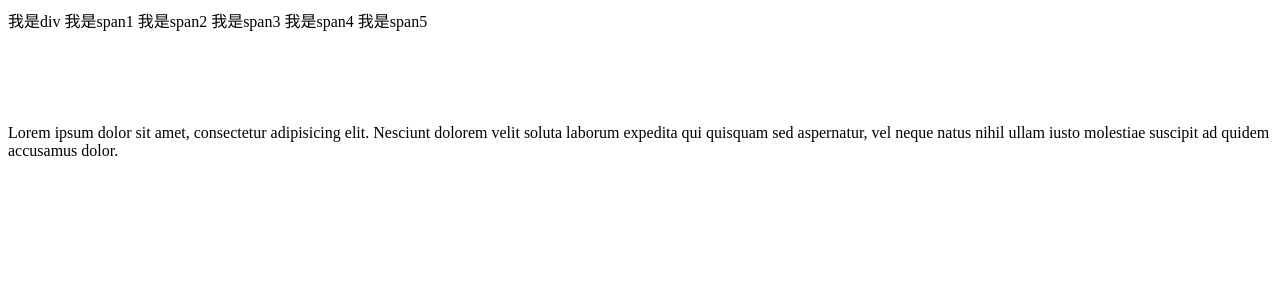
Repository: nanfengovo/CSS
Page: display.html
An editor plug-in stored every save of this project. The page is shown before and after the next save, followed by the edit.
The browser window is 1280 px wide. The pictures show the whole page.

Above is the page before, as saved 2025-01-01 10:54:08.

After the next save:
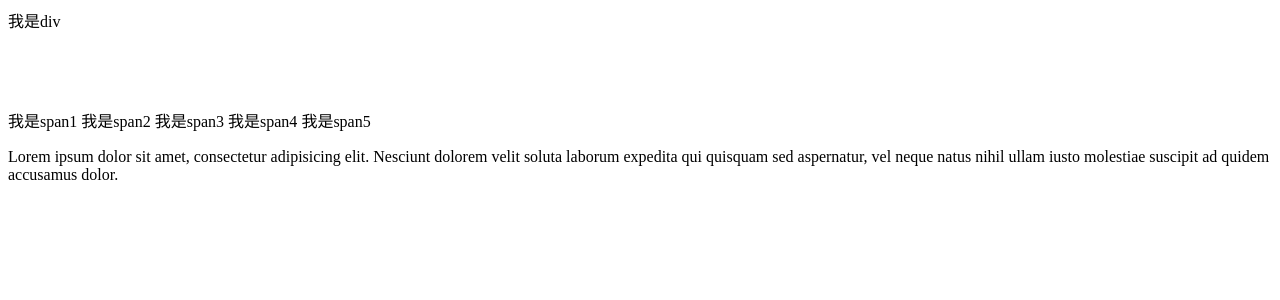
Saved 11 s later.
--- a/display.html
+++ b/display.html
@@ -6,7 +6,7 @@
     <title>CSS display</title>
     <style>
         div{
-            display: inline-block;
+            display:block;
             height: 100px;
 
         }
